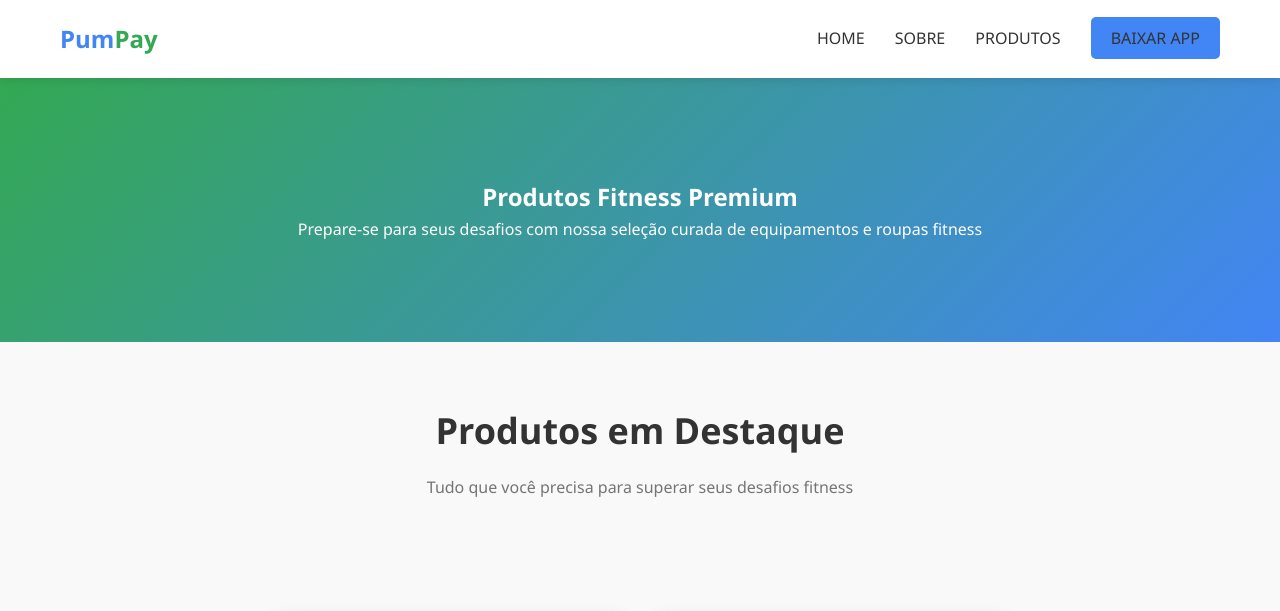
Repository: JaelsonS/PumPay
Page: produtos.html
An editor plug-in stored every save of this project. The page is shown before and after the next save, followed by the edit.
The browser window is 1280 px wide. The pictures show the part of the page from y = 0 to 611 px (the page is 2457 px tall).
Pictures or frames that could not be fetched are drawn as grey boxes.

Above is the page before, as saved 2025-03-26 18:13:04.
Console error: TypeError: Cannot read properties of null (reading 'addEventListener')

### produtos.html
<!DOCTYPE html>
<html lang="pt-BR">
<head>
    <meta charset="UTF-8">
    <meta name="viewport" content="width=device-width, initial-scale=1.0">
    <title>PumPay - PRODUTOS</title>
    <link rel="stylesheet" href="style.css">
</head>
<body>
    <!-- Cabeçalho -->
    <header>
        <div class="container">
            <nav>
                <div class="logo">Pum<span>Pay</span></div>
                <button class="mobile-menu-btn">☰</button>
                <ul class="nav-links">
                    <li><a href="index.html">HOME</a></li>
                    <li><a href="sobre.html">SOBRE</a></li>
                    <li><a href="produtos.html">PRODUTOS</a></li>
                    <li><a href="#" class="cta-button">BAIXAR APP</a></li>
                </ul>
            </nav>
        </div>
    </header>

    <!-- Hero Produtos -->
    <section class="products-hero">
        <div class="container">
            <h1>Produtos Fitness Premium</h1>
            <p>Prepare-se para seus desafios com nossa seleção curada de equipamentos e roupas fitness</p>
        </div>
    </section>

    <!-- Grade de Produtos -->
    <section class="products-grid">
        <div class="container">
            <div class="section-title">
                <h2>Produtos em Destaque</h2>
                <p>Tudo que você precisa para superar seus desafios fitness</p>
            </div>

            <div class="products-grid">
                <div class="product-card">
                    <div class="product-image">
                        <img src="https://images.unsplash.com/photo-1571019614242-c5c5dee9f50b" alt="Monitor Fitness Inteligente">
                        <span class="product-badge">Mais Vendido</span>
                    </div>
                    <div class="product-info">
                        <h3>Monitor Fitness Inteligente</h3>
                        <p>Acompanhe seus treinos, frequência cardíaca e progresso com nosso smartwatch premium.</p>
                        <div class="product-price">R$699,90</div>
                        <button class="add-to-cart">Adicionar ao Carrinho</button>
                    </div>
                </div>

                <div class="product-card">
                    <div class="product-image">
                        <img src="https://images.unsplash.com/photo-1595078475328-1ab05d0a6a0e" alt="Kit de Faixas de Resistência">
                    </div>
                    <div class="product-info">
                        <h3>Kit de Faixas de Resistência</h3>
                        <p>Faixas com 5 níveis de resistência para treinos completos em qualquer lugar.</p>
                        <div class="product-price">R$199,90</div>
                        <button class="add-to-cart">Adicionar ao Carrinho</button>
                    </div>
                </div>

                <div class="product-card">
                    <div class="product-image">
                        <img src="https://images.unsplash.com/photo-1551632436-cbf8dd35adfa" alt="Mat de Yoga">
                        <span class="product-badge">Novo</span>
                    </div>
                    <div class="product-info">
                        <h3>Mat de Yoga Premium</h3>
                        <p>Mat ecológico e antiderrapante com marcadores de alinhamento para poses perfeitas.</p>
                        <div class="product-price">R$299,90</div>
                        <button class="add-to-cart">Adicionar ao Carrinho</button>
                    </div>
                </div>

                <div class="product-card">
                    <div class="product-image">
                        <img src="https://images.unsplash.com/photo-1593764592116-bfb2a97c642a" alt="Shaker de Proteína">
                    </div>
                    <div class="product-info">
                        <h3>Shaker de Proteína Inteligente</h3>
                        <p>Shaker com Bluetooth que monitora sua ingestão de proteínas e hidratação.</p>
                        <div class="product-price">R$129,90</div>
                        <button class="add-to-cart">Adicionar ao Carrinho</button>
                    </div>
                </div>

                <div class="product-card">
                    <div class="product-image">
                        <img src="https://images.unsplash.com/photo-1596357395217-80de13130e92" alt="Tênis de Corrida">
                    </div>
                    <div class="product-info">
                        <h3>Tênis de Corrida Performance</h3>
                        <p>Tênis leves e responsivos projetados para velocidade e conforto.</p>
                        <div class="product-price">R$449,90</div>
                        <button class="add-to-cart">Adicionar ao Carrinho</button>
                    </div>
                </div>

                <div class="product-card">
                    <div class="product-image">
                        <img src="https://images.unsplash.com/photo-1571019613454-1cb2f99b2d8b" alt="Roupas Fitness">
                        <span class="product-badge">Combo</span>
                    </div>
                    <div class="product-info">
                        <h3>Conjunto de Roupas Fitness</h3>
                        <p>Combo de camiseta e shorts com tecnologia dry-fit para performance máxima.</p>
                        <div class="product-price">R$249,90</div>
                        <button class="add-to-cart">Adicionar ao Carrinho</button>
                    </div>
                </div>
            </div>
        </div>
    </section>

    <!-- Rodapé -->
    <footer>
        <div class="container">
            <div class="footer-content">
                <div class="footer-column">
                    <h3>PumPay</h3>
                    <p>Tornando o fitness divertido e recompensador através de desafios sociais e competições amigáveis.</p>
                </div>
                <div class="footer-column">
                    <h3>Links Rápidos</h3>
                    <ul>
                        <li><a href="index.html">HOME</a></li>
                        <li><a href="sobre.html">SOBRE</a></li>
                        <li><a href="produtos.html">PRODUTOS</a></li>
                        <li><a href="#">BLOG</a></li>
                    </ul>
                </div>
                <div class="footer-column">
                    <h3>Suporte</h3>
                    <ul>
                        <li><a href="#">FAQ</a></li>
                        <li><a href="#">Contato</a></li>
                        <li><a href="#">Política de Privacidade</a></li>
                        <li><a href="#">Termos de Serviço</a></li>
                    </ul>
                </div>
                <div class="footer-column">
                    <h3>Conecte-se</h3>
                    <ul>
                        <li><a href="#">Instagram</a></li>
                        <li><a href="#">Twitter</a></li>
                        <li><a href="#">Facebook</a></li>
                        <li><a href="#">TikTok</a></li>
                    </ul>
                </div>
            </div>
            <div class="footer-bottom">
                <p>&copy; 2025 PumPay. Todos os direitos reservados.</p>
            </div>
        </div>
    </footer>

    <script>
          // Menu mobile toggle
          const mobileMenuBtn = document.querySelector('.mobile-menu-btn');
        const navLinks = document.querySelector('.nav-links');

        mobileMenuBtn.addEventListener('click', () => {
            navLinks.classList.toggle('active');
        });

        // Formulário de login
        const loginForm = document.getElementById('loginForm');

        loginForm.addEventListener('submit', (e) => {
            e.preventDefault();
            const email = document.getElementById('email').value;
            const password = document.getElementById('password').value;

            // Aqui você normalmente enviaria esses dados para seu backend
            console.log('Tentativa de login com:', { email, password });

            // Para demonstração, apenas um alerta
            alert('A funcionalidade de login se conectaria ao seu backend. Por enquanto, é apenas uma demonstração.');
        });

        // Rolagem suave para links âncora
        document.querySelectorAll('a[href^="#"]').forEach(anchor => {
            anchor.addEventListener('click', function (e) {
                e.preventDefault();

                const targetId = this.getAttribute('href');
                if (targetId === '#') return;

                const targetElement = document.querySelector(targetId);
                if (targetElement) {
                    targetElement.scrollIntoView({
                        behavior: 'smooth'
                    });
                }
            });
        });
        // Adicione JavaScript específico para produtos
        document.querySelectorAll('.add-to-cart').forEach(button => {
            button.addEventListener('click', function() {
                const product = this.closest('.product-card').querySelector('h3').textContent;
                alert(`${product} adicionado ao carrinho!`);
            });
        });
    </script>
</body>
</html>

### style.css
   /* Estilos Globais */
   :root {
    --primary-color: #4285F4; /* Azul Google */
    --secondary-color: #34A853; /* Verde Google */
    --accent-color: #FBBC05; /* Amarelo Google */
    --danger-color: #EA4335; /* Vermelho Google */
    --light-gray: #f5f5f5;
    --dark-gray: #333;
    --medium-gray: #757575;
}

* {
    margin: 0;
    padding: 0;
    box-sizing: border-box;
    font-family: 'Segoe UI', Tahoma, Geneva, Verdana, sans-serif;
}

body {
    line-height: 1.6;
    color: var(--dark-gray);
    background-color: #f9f9f9;
}

.container {
    max-width: 1200px;
    margin: 0 auto;
    padding: 0 20px;
}

/* Estilos do Cabeçalho */
header {
    background-color: white;
    box-shadow: 0 2px 10px rgba(0, 0, 0, 0.1);
    position: sticky;
    top: 0;
    z-index: 100;
}

nav {
    display: flex;
    justify-content: space-between;
    align-items: center;
    padding: 20px 0;
}

.logo {
    font-size: 24px;
    font-weight: bold;
    color: var(--primary-color);
    display: flex;
    align-items: center;
}

.logo span {
    color: var(--secondary-color);
}

.nav-links {
    display: flex;
    list-style: none;
}

.nav-links li {
    margin-left: 30px;
}

.nav-links a {
    text-decoration: none;
    color: var(--dark-gray);
    font-weight: 500;
    transition: color 0.3s;
}

.nav-links a:hover {
    color: var(--primary-color);
}

.cta-button {
    background-color: var(--primary-color);
    color: white;
    padding: 10px 20px;
    border-radius: 5px;
    font-weight: bold;
    transition: background-color 0.3s;
}

.cta-button:hover {
    background-color: #3367d6;
    color: white;
}

/* Seção Hero */
.hero {
    background: linear-gradient(135deg, var(--primary-color), var(--secondary-color));
    color: white;
    padding: 80px 0;
    text-align: center;
}

.hero h1 {
    font-size: 48px;
    margin-bottom: 20px;
}

.hero p {
    font-size: 20px;
    max-width: 700px;
    margin: 0 auto 30px;
}

.hero-buttons {
    display: flex;
    justify-content: center;
    gap: 20px;
}

.secondary-button {
    background-color: white;
    color: var(--primary-color);
    padding: 12px 25px;
    border-radius: 5px;
    font-weight: bold;
    text-decoration: none;
    transition: all 0.3s;
}

.secondary-button:hover {
    background-color: #f1f1f1;
}

/* Seção de Recursos */
.features {
    padding: 80px 0;
}

.section-title {
    text-align: center;
    margin-bottom: 50px;
}

.section-title h2 {
    font-size: 36px;
    color: var(--dark-gray);
}

.section-title p {
    color: var(--medium-gray);
    max-width: 700px;
    margin: 15px auto 0;
}

.features-grid {
    display: grid;
    grid-template-columns: repeat(auto-fit, minmax(300px, 1fr));
    gap: 30px;
}

.feature-card {
    background-color: white;
    border-radius: 10px;
    padding: 30px;
    box-shadow: 0 5px 15px rgba(0, 0, 0, 0.05);
    transition: transform 0.3s, box-shadow 0.3s;
}

.feature-card:hover {
    transform: translateY(-5px);
    box-shadow: 0 10px 25px rgba(0, 0, 0, 0.1);
}

.feature-icon {
    font-size: 40px;
    margin-bottom: 20px;
    color: var(--primary-color);
}

.feature-card h3 {
    font-size: 22px;
    margin-bottom: 15px;
}

/* Formulário de Login */
.login-section {
    background-color: white;
    padding: 60px 0;
}

.login-container {
    max-width: 500px;
    margin: 0 auto;
    background-color: var(--light-gray);
    padding: 40px;
    border-radius: 10px;
    box-shadow: 0 5px 15px rgba(0, 0, 0, 0.05);
}

.login-container h2 {
    text-align: center;
    margin-bottom: 30px;
    color: var(--dark-gray);
}

.form-group {
    margin-bottom: 20px;
}

.form-group label {
    display: block;
    margin-bottom: 8px;
    font-weight: 500;
}

.form-group input {
    width: 100%;
    padding: 12px 15px;
    border: 1px solid #ddd;
    border-radius: 5px;
    font-size: 16px;
}

.form-group input:focus {
    outline: none;
    border-color: var(--primary-color);
}

.login-button {
    width: 100%;
    padding: 12px;
    background-color: var(--primary-color);
    color: white;
    border: none;
    border-radius: 5px;
    font-size: 16px;
    font-weight: bold;
    cursor: pointer;
    transition: background-color 0.3s;
}

.login-button:hover {
    background-color: #3367d6;
}

.login-footer {
    text-align: center;
    margin-top: 20px;
    color: var(--medium-gray);
}

.login-footer a {
    color: var(--primary-color);
    text-decoration: none;
}

/* Rodapé */
footer {
    background-color: var(--dark-gray);
    color: white;
    padding: 50px 0 20px;
}

.footer-content {
    display: grid;
    grid-template-columns: repeat(auto-fit, minmax(200px, 1fr));
    gap: 30px;
    margin-bottom: 40px;
}

.footer-column h3 {
    font-size: 18px;
    margin-bottom: 20px;
    color: var(--accent-color);
}

.footer-column ul {
    list-style: none;
}

.footer-column ul li {
    margin-bottom: 10px;
}

.footer-column a {
    color: #ccc;
    text-decoration: none;
    transition: color 0.3s;
}

.footer-column a:hover {
    color: white;
}

.footer-bottom {
    text-align: center;
    padding-top: 20px;
    border-top: 1px solid #444;
    color: #aaa;
    font-size: 14px;
}

/* Menu Mobile */
.mobile-menu-btn {
    display: none;
    background: none;
    border: none;
    font-size: 24px;
    cursor: pointer;
    color: var(--dark-gray);
}

/* Estilos Responsivos */
@media (max-width: 768px) {
    .nav-links {
        display: none;
        position: absolute;
        top: 70px;
        left: 0;
        right: 0;
        background-color: white;
        flex-direction: column;
        padding: 20px;
        box-shadow: 0 5px 10px rgba(0, 0, 0, 0.1);
    }

    .nav-links.active {
        display: flex;
    }

    .nav-links li {
        margin: 10px 0;
    }

    .mobile-menu-btn {
        display: block;
    }

    .hero h1 {
        font-size: 36px;
    }

    .hero p {
        font-size: 18px;
    }

    .hero-buttons {
        flex-direction: column;
        align-items: center;
    }

    .secondary-button, .cta-button {
        width: 100%;
        max-width: 300px;
    }
}

/* Estilos da Página Sobre */
.about-hero {
    background: linear-gradient(135deg, var(--secondary-color), var(--primary-color));
    color: white;
    padding: 100px 0;
    text-align: center;

}

.about-content {
    padding: 80px 0;
}

.about-section {
    margin-bottom: 60px;
}

.about-section h2 {
    font-size: 32px;
    margin-bottom: 20px;
    color: var(--primary-color);
}

.about-section p {
    margin-bottom: 20px;
    font-size: 18px;
    line-height: 1.8;
}

.examples {
    display: grid;
    grid-template-columns: repeat(auto-fit, minmax(300px, 1fr));
    gap: 30px;
    margin-top: 40px;
}

.example-card {
    background-color: white;
    border-radius: 10px;
    overflow: hidden;
    box-shadow: 0 5px 15px rgba(0, 0, 0, 0.1);
}

.example-card img {
    width: 100%;
    height: 200px;
    object-fit: cover;
}

.example-content {
    padding: 20px;
}

.example-content h3 {
    margin-bottom: 10px;
    color: var(--dark-gray);
}

/* Estilos da Página de Produtos */
.products-hero {
    background: linear-gradient(135deg, var(--secondary-color), var(--primary-color));
    color: white;
    padding: 100px 0;
    text-align: center;
}

.products-grid {
    display: grid;
    grid-template-columns: repeat(auto-fit, minmax(250px, 1fr));
    gap: 30px;
    padding: 60px 0;
}

.product-card {
    background-color: white;
    border-radius: 10px;
    overflow: hidden;
    box-shadow: 0 5px 15px rgba(0, 0, 0, 0.1);
    transition: transform 0.3s;
}

.product-card:hover {
    transform: translateY(-10px);
}

.product-image {
    height: 200px;
    background-color: #eee;
    position: relative;
    overflow: hidden;
}

.product-image img {
    width: 100%;
    height: 100%;
    object-fit: cover;
    transition: transform 0.5s;
}

.product-card:hover .product-image img {
    transform: scale(1.1);
}

.product-badge {
    position: absolute;
    top: 10px;
    right: 10px;
    background-color: var(--danger-color);
    color: white;
    padding: 5px 10px;
    border-radius: 5px;
    font-size: 12px;
    font-weight: bold;
}

.product-info {
    padding: 20px;
}

.product-info h3 {
    margin-bottom: 10px;
    font-size: 18px;
}

.product-price {
    font-weight: bold;
    color: var(--primary-color);
    font-size: 20px;
    margin-bottom: 15px;
}

.add-to-cart {
    width: 100%;
    padding: 10px;
    background-color: var(--primary-color);
    color: white;
    border: none;
    border-radius: 5px;
    cursor: pointer;
    font-weight: bold;
    transition: background-color 0.3s;
}

.add-to-cart:hover {
    background-color: #3367d6;
}

After the next save:
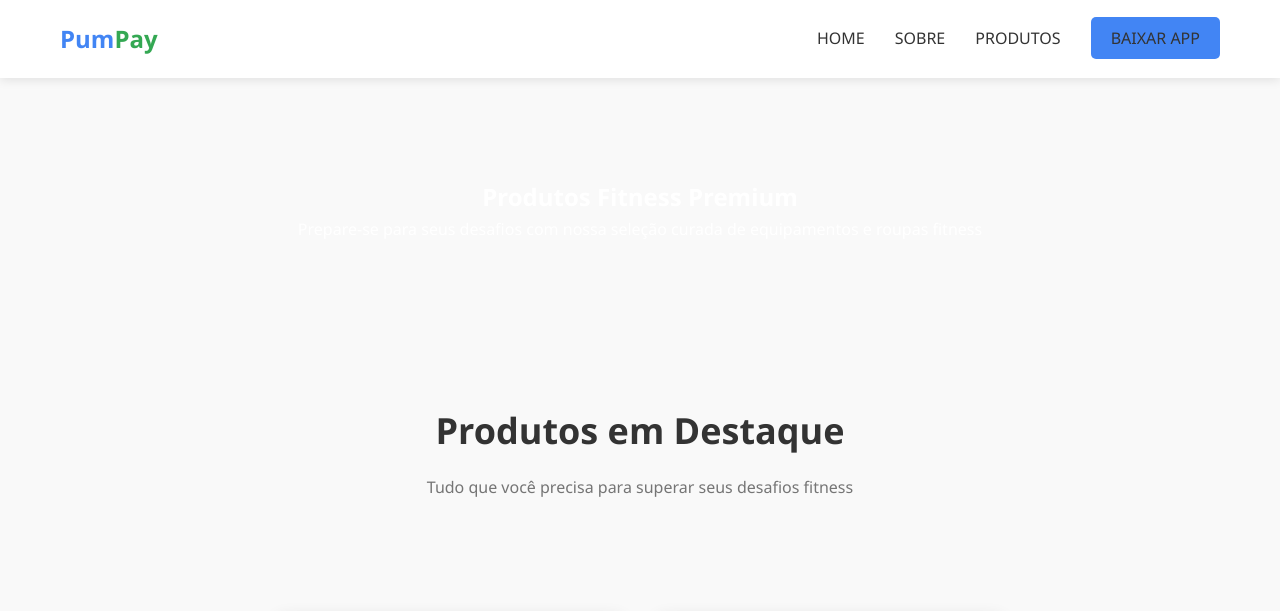
Saved 8 min 55 s later.
--- a/style.css
+++ b/style.css
@@ -413,7 +413,7 @@
 
 /* Estilos da Página de Produtos */
 .products-hero {
-    background: linear-gradient(135deg, var(--secondary-color), var(--primary-color));
+
     color: white;
     padding: 100px 0;
     text-align: center;

After the save that followed:
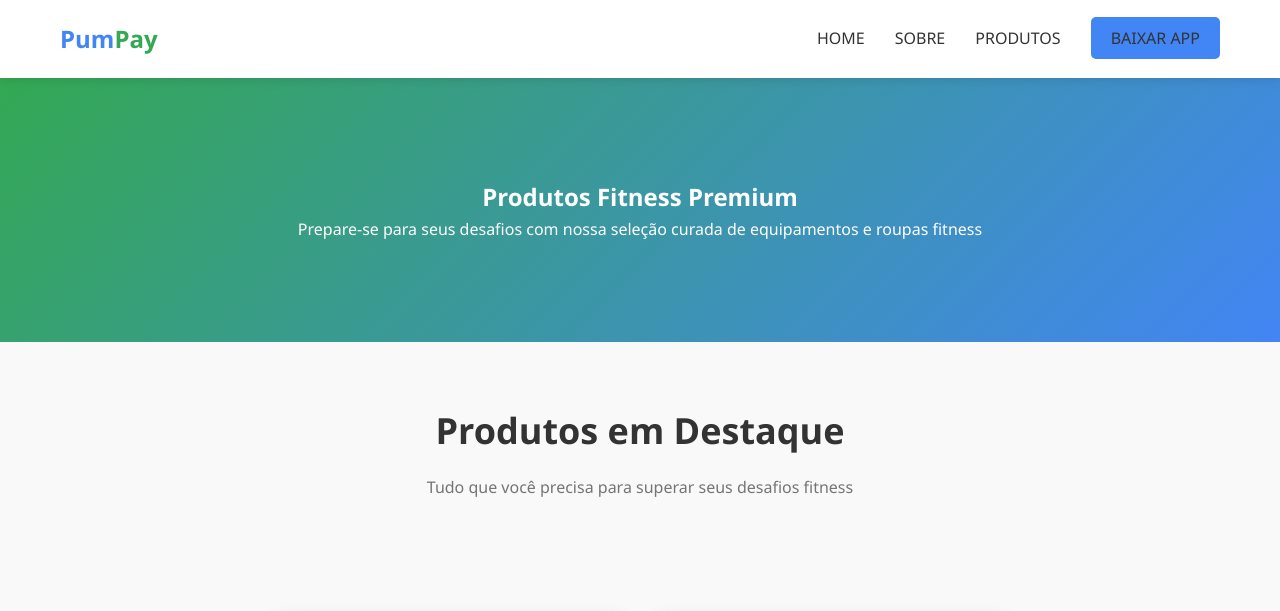
Saved 2 min 49 s later.
--- a/style.css
+++ b/style.css
@@ -413,7 +413,7 @@
 
 /* Estilos da Página de Produtos */
 .products-hero {
-
+    background: linear-gradient(135deg, var(--secondary-color), var(--primary-color));
     color: white;
     padding: 100px 0;
     text-align: center;
